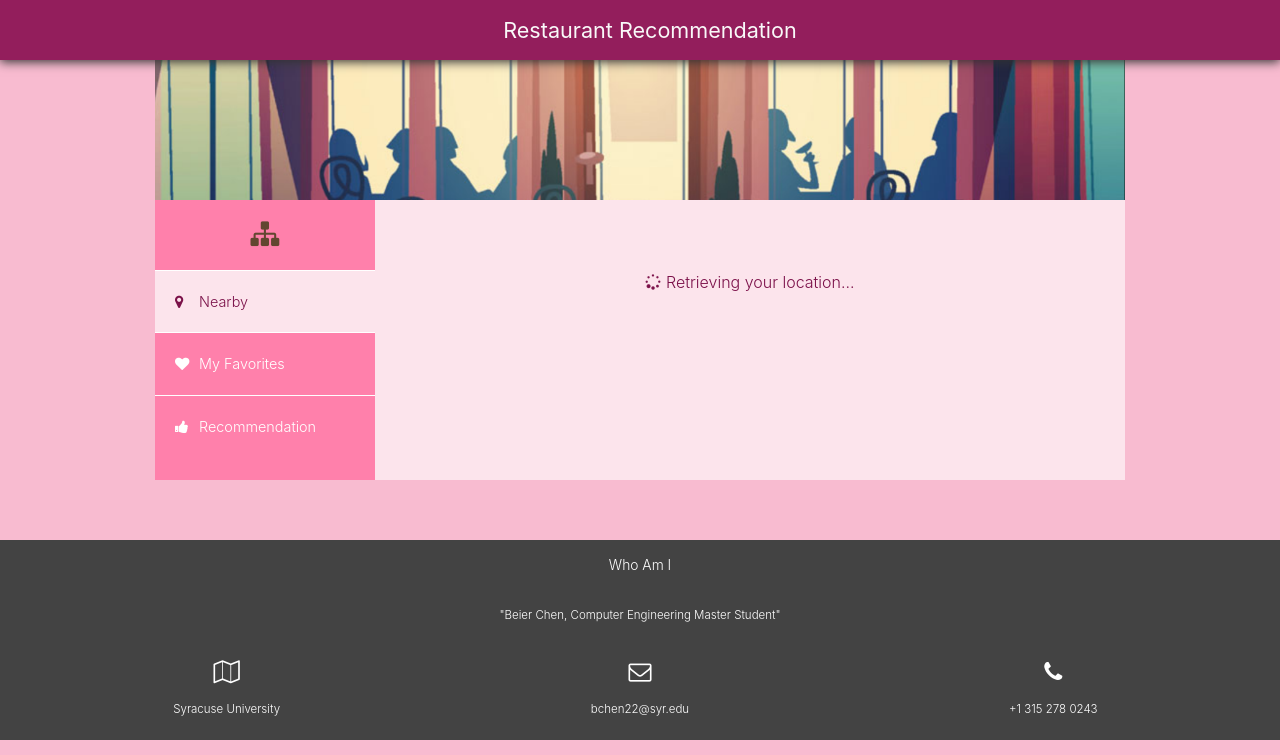
Repository: bchenSyr/restaurant-recommend
Page: http://localhost/YelpRecommend/
An editor plug-in stored every save of this project. The page is shown before and after the next save, followed by the edit.
The browser window is 1280 px wide. The pictures show the whole page.
Some web libraries are served in a nearby version. The page is served by Tomcat 9. Other server files are loaded and not shown.

Above is the page before, as saved 2018-09-17 07:20:45.

### YelpRecommend/WebContent/index.html
<!DOCTYPE html>
<html>
<head>
    <!-- Required meta tags always come first -->
    <meta charset="UTF-8">
    <meta name="description" content="Item Recommendation">
    <meta name="author" content="Your Name">

    <!-- Bootstrap CSS -->

    <link href='https://fonts.googleapis.com/css?family=Open+Sans:400,300,700' rel='stylesheet' type='text/css'>
    <link rel="stylesheet" href="https://maxcdn.bootstrapcdn.com/font-awesome/4.5.0/css/font-awesome.min.css">
    <link rel="stylesheet" href="https://stackpath.bootstrapcdn.com/bootstrap/4.1.3/css/bootstrap.min.css" integrity="sha384-MCw98/SFnGE8fJT3GXwEOngsV7Zt27NXFoaoApmYm81iuXoPkFOJwJ8ERdknLPMO" crossorigin="anonymous">
    <link rel="stylesheet" href="styles/main.css">
    <title>Restaurant Recommendation Final</title>
</head>
<body>
   <header class="top-header">
    <nav class="top-nav">
      <a href="#"> Restaurant Recommendation </a>
    </nav>

<!--      <span id="welcome-msg"></span>
     <i id="avatar" class="avatar fa fa-user fa-2x"></i> -->

  </header>

  <div class="container">
    <header>
<!--       <p>
        <span>Restaurant</span>
        <br /> Recommendation
      </p> -->
    </header>

    <section class="main-section">
      <aside id="item-nav">
        <div class="nav-icon">
          <i class="fa fa-sitemap fa-2x"></i>
        </div>
        <nav class="main-nav">
          <a href="#" id="nearby-btn" class="main-nav-btn active">
            <i class="fa fa-map-marker"></i> Nearby
          </a>
          <a href="#" id="fav-btn" class="main-nav-btn">
            <i class="fa fa-heart"></i> My Favorites
          </a>
          <a href="#" id="recommend-btn" class="main-nav-btn">
            <i class="fa fa-thumbs-up"></i> Recommendation
          </a>
        </nav>
      </aside>

      <ul id="item-list">
        <li class="item">
          <img alt="item image" src="https://s3-media3.fl.yelpcdn.com/bphoto/EmBj4qlyQaGd9Q4oXEhEeQ/ms.jpg" />
          <div>
            <a class="item-name" href="#">Item</a>
            <p class="item-category">Vegetarian</p>
            <div class="stars">
              <i class="fa fa-star"></i>
              <i class="fa fa-star"></i>
              <i class="fa fa-star"></i>
            </div>
          </div>
          <p class="item-address">699 Calderon Ave<br/>Mountain View<br/> CA</p>
          <div class="fav-link">
            <i class="fa fa-heart"></i>
          </div>
        </li>
      </ul>
    </section>
  </div>

  <footer>
    <p class="title">Who Am I</p>
    <p>"Beier Chen, Computer Engineering Master Student"</p>
    <ul>
      <li>
        <p><i class="fa fa-map-o fa-2x"></i></p>
        <p>Syracuse University</p>
      </li>
      <li>
        <p><i class="fa fa-envelope-o fa-2x"></i></p>
        <p>bchen22@syr.edu</p>
      </li>
      <li>
        <p><i class="fa fa-phone fa-2x"></i></p>
        <p>+1 315 278 0243</p>
      </li>
    </ul>
  </footer>

  <script src="https://rawgit.com/emn178/js-md5/master/build/md5.min.js"></script>
  <!-- <script src="scripts/mock.js"></script> -->

  <!-- Bootstrap -->
  <script src="https://code.jquery.com/jquery-3.3.1.slim.min.js" integrity="sha384-q8i/X+965DzO0rT7abK41JStQIAqVgRVzpbzo5smXKp4YfRvH+8abtTE1Pi6jizo" crossorigin="anonymous"></script>
  <script src="https://cdnjs.cloudflare.com/ajax/libs/popper.js/1.14.3/umd/popper.min.js" integrity="sha384-ZMP7rVo3mIykV+2+9J3UJ46jBk0WLaUAdn689aCwoqbBJiSnjAK/l8WvCWPIPm49" crossorigin="anonymous"></script>
  <script src="https://stackpath.bootstrapcdn.com/bootstrap/4.1.3/js/bootstrap.min.js" integrity="sha384-ChfqqxuZUCnJSK3+MXmPNIyE6ZbWh2IMqE241rYiqJxyMiZ6OW/JmZQ5stwEULTy" crossorigin="anonymous"></script>

  <script src="scripts/main.js"></script>

</body>
</html>

### YelpRecommend/WebContent/styles/main.css
* {
	box-sizing: border-box;
	margin: 0;
	padding: 0;
}

body {
	background-color: #F8BBD0;
	color: #FFFFFF;
	font-weight: 300;
	font-size: 0.9em;
}

ul {
	list-style: none;
}

/**
 * top header
 */
.top-header {
	align-items: center;
	/* background: #DF574B; */
	background: rgba(136, 14, 79, 0.9);
	box-shadow: 0px 2px 10px #333333;
	display: flex;
	height: 60px;
	position: fixed;
	top: 0;
	width: 100%;
	z-index: 1;
}

.avatar {
	background: #FFFFFF;
	border-radius: 50%;
	color: #333C4D;
	height: 40px;
	margin-right: 20px;
	padding-left: 9px;
	padding-top: 5px;
	width: 40px;
}

/**
 * top navigation
 */
.top-nav {
	flex: 1;
	text-align: center;
    font-size: 1.5em;
}

 .top-nav a {
	color: #F9F9F9;
	font-weight: 400;
	margin-left: 20px;
	text-decoration: none;
}

#welcome-msg {
	border-right: 1px solid #FFFFFF;
	padding-right: 10px;
}

/**
 * main container
 */
.container {
	margin: 60px auto;
	max-width: 1000px;
	min-width: 600px;
}

/**
 * main header
 */
.container>header {
	align-items: center;
	background:
		/* url('http://prophoto.com.cy/wp-content/galleries/food/food-restaurant-photographer-cyprus-10.jpg') */
		url('../img/background-photo.png')
		no-repeat 50% 50%;
	background-size: 100%;
	display: flex;
	height: 140px;
}

.container>header p {
	background-color: rgba(255, 255, 255, 0.4);
	border-left: 1px solid #FFFFFF;
	font-weight: 400;
	font-size: 2.5em;
	line-height: 1em;
	/* margin-left: 220px; */
	margin: auto;
	padding-left: 25px;
}

.container>header span {
	/* color: #FBAF41; */
	color: #3700ff;
}

/**
 * main section
 */
.main-section {
	background: #ff80ab;
	min-height: 280px;
}

/**
 * aside
 */
#item-nav {
	float: left;
	width: 220px;
}

.nav-icon {
	color: #624630;
	padding: 20px;
	text-align: center;
}

/**
 * main navigation
 */
.main-nav-btn {
	background: none;
	border-top: 1px solid #FFFFFF;
	color: #FFFFFF;
	display: block;
	padding: 20px;
	text-align: left;
	text-decoration: none;
}

.main-nav-btn:hover {
	background: rgba(255, 255, 255, 0.8);
	color: #624630;
}

.main-nav-btn.active {
	background: #FCE4EC;
	color: #7b1149;
}

.main-nav-btn i {
	width: 20px;
}

/**
 * item list
 */
#item-list {
	background: #FCE4EC;
	color: #7b1049;
	list-style: none;
	margin-left: 220px;
	min-height: 280px;
	padding: 10px;
}

#item-list .notice {
	font-size: 16px;
	padding: 60px;
	text-align: center;
}

/**
 * item
 */
.item {
	align-items: center;
	border-bottom: 1px solid #FFFFFF;
	display: flex;
	margin: 10px;
	padding: 15px;
	transition: background-color 100ms linear;
}

.item:last-child {
	border: none;
}

.item:hover {
	background: rgba(255, 255, 255, 0.8);
	transition: background-color 100ms linear;
}

.item img {
	border: 1px solid #FFFFFF;
	height: 80px;
	width: 80px;
}

.item>div:first-of-type {
	flex: 1;
	margin-left: 10px;
	margin-right: 10px;
}

.item-name {
	color: #FF4081;
    font-weight: 500;
	text-decoration: none;
}

.item-category {
	/* color: #FF4081; */
    font-weight: 300;
}

.item-name:hover {
	text-decoration: underline;
}

.item-address {
	line-height: 20px;
	padding-right: 20px;
	text-align: right;
}

.stars {
	align-items: center;
	display: flex;
	padding-top: 10px;
}

.fav-link {
	border-left: 1px solid #FFFFFF;
	cursor: pointer;
	line-height: 60px;
	text-align: center;
	width: 60px;
}

.fav-link:hover {
	color: #F13F3F;
}

/**
 * footer section
 */
footer {
	background: #434343;
	font-size: 0.8em;
	height: 200px;
	position: relative;
}

footer p {
	text-align: center;
}

footer p.title {
	font-size: 1.2em;
	padding: 15px;
}

footer ul {
	align-items: center;
	display: flex;
	padding: 20px;
}

footer ul li {
	flex: 1;
}

### YelpRecommend/WebContent/scripts/main.js
(function() {

    /**
     * Variables
     */
    var user_id = '1111';
    var user_fullname = 'Welcome';
    var lng = -122.08;
    var lat = 37.38;

    /**
     * Initialize
     */
    function init() {
        // Register event listeners
        $('nearby-btn').addEventListener('click', loadNearbyItems);
        $('fav-btn').addEventListener('click', loadFavoriteItems);
        $('recommend-btn').addEventListener('click', loadRecommendedItems);

        initGeoLocation();
    }

    function initGeoLocation() {
        if (navigator.geolocation) {
            navigator.geolocation.getCurrentPosition(onPositionUpdated,
                onLoadPositionFailed, {
                    maximumAge: 60000
                });
            showLoadingMessage('Retrieving your location...');
        } else {
            onLoadPositionFailed();
        }
    }

    function onPositionUpdated(position) {
        lat = position.coords.latitude;
        lng = position.coords.longitude;

        loadNearbyItems();
    }

    function onLoadPositionFailed() {
        console.warn('navigator.geolocation is not available');
        getLocationFromIP();
    }

    function getLocationFromIP() {
        // Get location from http://ipinfo.io/json
        var url = 'http://ipinfo.io/json'
        var req = null;
        ajax('GET', url, req, function(res) {
            var result = JSON.parse(res);
            if ('loc' in result) {
                var loc = result.loc.split(',');
                lat = loc[0];
                lng = loc[1];
            } else {
                console.warn('Getting location by IP failed.');
            }
            loadNearbyItems();
        });
    }

    // -----------------------------------
    // Helper Functions
    // -----------------------------------

    /**
     * A helper function that makes a navigation button active
     *
     * @param btnId -
     *            The id of the navigation button
     */
    function activeBtn(btnId) {
        var btns = document.getElementsByClassName('main-nav-btn');

        // deactivate all navigation buttons
        for (var i = 0; i < btns.length; i++) {
            btns[i].className = btns[i].className.replace(/\bactive\b/, '');
        }

        // active the one that has id = btnId
        var btn = $(btnId);
        btn.className += ' active';
    }

    function showLoadingMessage(msg) {
        var itemList = $('item-list');
        itemList.innerHTML = '<p class="notice"><i class="fa fa-spinner fa-spin"></i> ' +
            msg + '</p>';
    }

    function showWarningMessage(msg) {
        var itemList = $('item-list');
        itemList.innerHTML = '<p class="notice"><i class="fa fa-exclamation-triangle"></i> ' +
            msg + '</p>';
    }

    function showErrorMessage(msg) {
        var itemList = $('item-list');
        itemList.innerHTML = '<p class="notice"><i class="fa fa-exclamation-circle"></i> ' +
            msg + '</p>';
    }

    /**
     * A helper function that creates a DOM element <tag options...>
     *
     * @param tag
     * @param options
     * @returns
     */
    function $(tag, options) {
        if (!options) {
            return document.getElementById(tag);
        }

        var element = document.createElement(tag);

        for (var option in options) {
            if (options.hasOwnProperty(option)) {
                element[option] = options[option];
            }
        }

        return element;
    }

    function hideElement(element) {
        element.style.display = 'none';
    }

    function showElement(element, style) {
        var displayStyle = style ? style : 'block';
        element.style.display = displayStyle;
    }

    /**
     * AJAX helper
     *
     * @param method -
     *            GET|POST|PUT|DELETE
     * @param url -
     *            API end point
     * @param callback -
     *            This the successful callback
     * @param errorHandler -
     *            This is the failed callback
     */
    function ajax(method, url, data, callback, errorHandler) {
        var xhr = new XMLHttpRequest();

        xhr.open(method, url, true);

        xhr.onload = function() {
        	if (xhr.status === 200) {
        		callback(xhr.responseText);
        	} else {
        		errorHandler();
        	}
        };

        xhr.onerror = function() {
            console.error("The request couldn't be completed.");
            errorHandler();
        };

        if (data === null) {
            xhr.send();
        } else {
            xhr.setRequestHeader("Content-Type",
                "application/json;charset=utf-8");
            xhr.send(data);
        }
    }

    // -------------------------------------
    // AJAX call server-side APIs
    // -------------------------------------

    /**
     * API #1 Load the nearby items API end point: [GET]
     * /Dashi/search?user_id=1111&lat=37.38&lon=-122.08
     */
    function loadNearbyItems() {
        console.log('loadNearbyItems');
        activeBtn('nearby-btn');

        // The request parameters
        var url = './search';
        var params = 'user_id=' + user_id + '&lat=' + lat + '&lon=' + lng;
        var req = JSON.stringify({});

        // display loading message
        showLoadingMessage('Loading nearby items...');

        // make AJAX call
        ajax('GET', url + '?' + params, req,
            // successful callback
            function(res) {
                var items = JSON.parse(res);
                if (!items || items.length === 0) {
                    showWarningMessage('No nearby item.');
                } else {
                    listItems(items);
                }
            },
            // failed callback
            function() {
                showErrorMessage('Cannot load nearby items.');
            });
    }

    /**
     * API #2 Load favorite (or visited) items API end point: [GET]
     * /Dashi/history?user_id=1111
     */
    function loadFavoriteItems() {
        activeBtn('fav-btn');

        // The request parameters
        var url = './history';
        var params = 'user_id=' + user_id;
        var req = JSON.stringify({});

        // display loading message
        showLoadingMessage('Loading favorite items...');

        // make AJAX call
        ajax('GET', url + '?' + params, req, function(res) {
            var items = JSON.parse(res);
            if (!items || items.length === 0) {
                showWarningMessage('No favorite item.');
            } else {
                listItems(items);
            }
        }, function() {
            showErrorMessage('Cannot load favorite items.');
        });
    }

    /**
     * API #3 Load recommended items API end point: [GET]
     * /Dashi/recommendation?user_id=1111
     */
    function loadRecommendedItems() {
        activeBtn('recommend-btn');

        // The request parameters
        var url = './recommendation';
        var params = 'user_id=' + user_id + '&lat=' + lat + '&lon=' + lng;

        var req = JSON.stringify({});

        // display loading message
        showLoadingMessage('Loading recommended items...');

        // make AJAX call
        ajax(
            'GET',
            url + '?' + params,
            req,
            // successful callback
            function(res) {
                var items = JSON.parse(res);
                if (!items || items.length === 0) {
                    showWarningMessage('No recommended item. Make sure you have favorites.');
                } else {
                    listItems(items);
                }
            },
            // failed callback
            function() {
                showErrorMessage('Cannot load recommended items.');
            });
    }

    /**
     * API #4 Toggle favorite (or visited) items
     *
     * @param item_id -
     *            The item business id
     *
     * API end point: [POST]/[DELETE] /Dashi/history request json data: {
     * user_id: 1111, visited: [a_list_of_business_ids] }
     */
    function changeFavoriteItem(item_id) {
        // Check whether this item has been visited or not
        var li = $('item-' + item_id);
        var favIcon = $('fav-icon-' + item_id);
        var favorite = li.dataset.favorite !== 'true';

        // The request parameters
        var url = './history';
        var req = JSON.stringify({
            user_id: user_id,
            favorite: [item_id]
        });
        var method = favorite ? 'POST' : 'DELETE';

        ajax(method, url, req,
            // successful callback
            function(res) {
                var result = JSON.parse(res);
                if (result.result === 'SUCCESS') {
                    li.dataset.favorite = favorite;
                    favIcon.className = favorite ? 'fa fa-heart' : 'fa fa-heart-o';
                }
            });
    }

    // -------------------------------------
    // Create item list
    // -------------------------------------

    /**
     * List items
     *
     * @param items -
     *            An array of item JSON objects
     */
    function listItems(items) {
        // Clear the current results
        var itemList = $('item-list');
        itemList.innerHTML = '';

        for (var i = 0; i < items.length; i++) {
            addItem(itemList, items[i]);
        }
    }

    /**
     * Add item to the list
     *
     * @param itemList -
     *            The
     *            <ul id="item-list">
     *            tag
     * @param item -
     *            The item data (JSON object)
     */
    function addItem(itemList, item) {
        var item_id = item.item_id;

        // create the <li> tag and specify the id and class attributes
        var li = $('li', {
            id: 'item-' + item_id,
            className: 'item'
        });

        // set the data attribute
        li.dataset.item_id = item_id;
        li.dataset.favorite = item.favorite;

        // item image
        if (item.image_url) {
            li.appendChild($('img', {
                src: item.image_url
            }));
        } else {
            li.appendChild($(
                'img', {
                    src: 'https://assets-cdn.github.com/images/modules/logos_page/GitHub-Mark.png'
                }))
        }
        // section
        var section = $('div', {});

        // title
        var title = $('a', {
            href: item.url,
            target: '_blank',
            className: 'item-name'
        });
        title.innerHTML = item.name;
        section.appendChild(title);

        // category
        var category = $('p', {
            className: 'item-category'
        });
        category.innerHTML = 'Category: ' + item.categories.join(', ');
        section.appendChild(category);

        // TODO(vincent). here we might have a problem showing 3.5 as 3.
        // stars
        var stars = $('div', {
            className: 'stars'
        });

        for (var i = 0; i < item.rating; i++) {
            var star = $('i', {
                className: 'fa fa-star'
            });
            stars.appendChild(star);
        }

        if (('' + item.rating).match(/\.5$/)) {
            stars.appendChild($('i', {
                className: 'fa fa-star-half-o'
            }));
        }

        section.appendChild(stars);

        li.appendChild(section);

        // address
        var address = $('p', {
            className: 'item-address'
        });

        address.innerHTML = item.address.replace(/,/g, '<br/>').replace(/\"/g,
            '');
        li.appendChild(address);

        // favorite link
        var favLink = $('p', {
            className: 'fav-link'
        });

        favLink.onclick = function() {
            changeFavoriteItem(item_id);
        };

        favLink.appendChild($('i', {
            id: 'fav-icon-' + item_id,
            className: item.favorite ? 'fa fa-heart' : 'fa fa-heart-o'
        }));

        li.appendChild(favLink);

        itemList.appendChild(li);
    }

    init();

})();

After the next save:
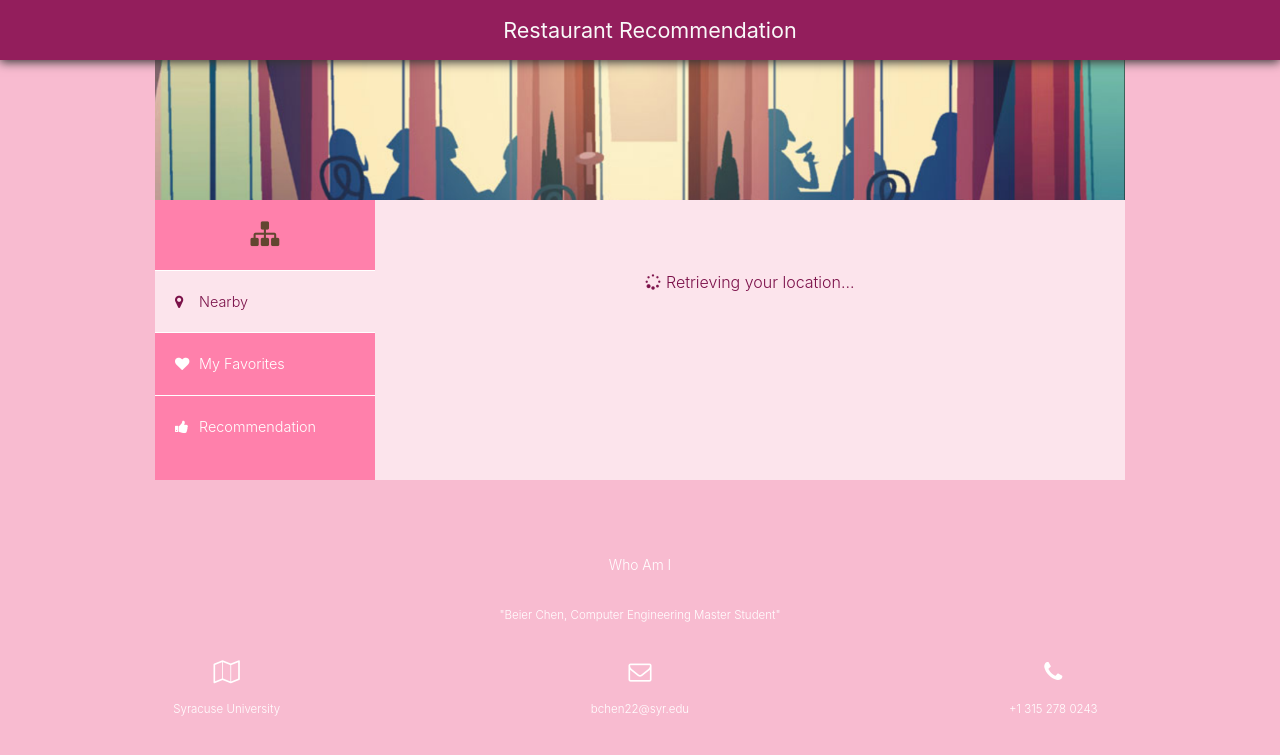
Saved 5 min 23 s later.
--- a/YelpRecommend/WebContent/styles/main.css
+++ b/YelpRecommend/WebContent/styles/main.css
@@ -245,7 +245,7 @@ ul {
  * footer section
  */
 footer {
-	background: #434343;
+	background: #F8BBD0;
 	font-size: 0.8em;
 	height: 200px;
 	position: relative;
